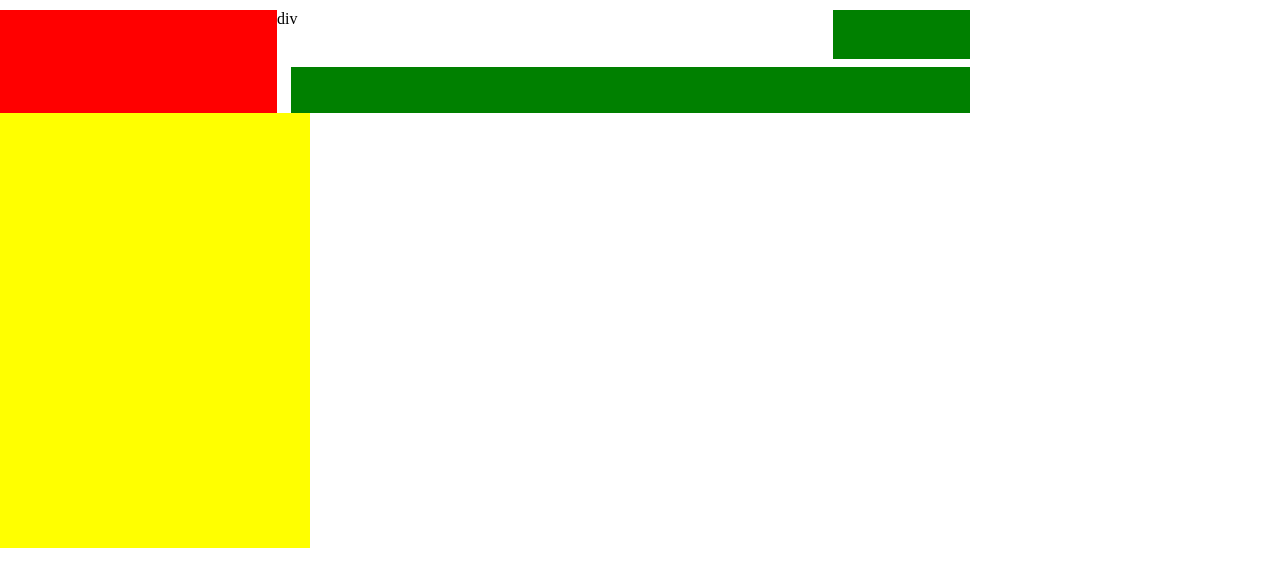
Repository: KaibutsuSama/CodePracticeExample
Page: Html5+Css3/Css3/04.浮动/03.homework.html
An editor plug-in stored every save of this project. The page is shown before and after the next save, followed by the edit.
The browser window is 1280 px wide. The pictures show the whole page.

Above is the page before, as saved 2023-01-29 23:27:58.

After the next save:
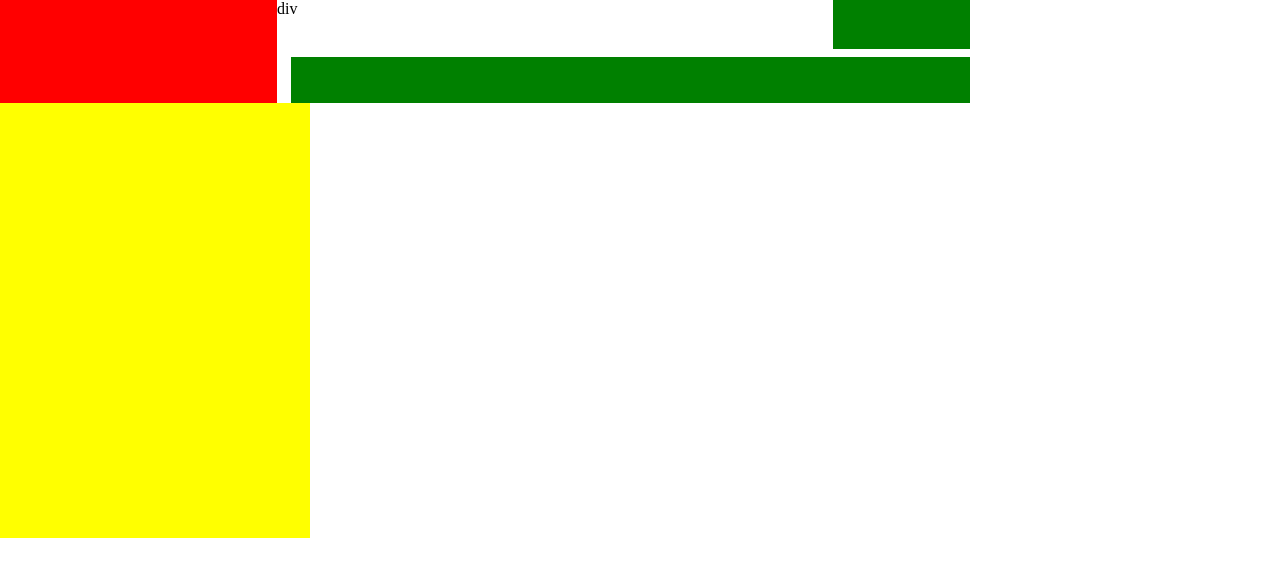
Saved 25 s later.
--- a/Html5+Css3/Css3/04.浮动/03.homework.html
+++ b/Html5+Css3/Css3/04.浮动/03.homework.html
@@ -10,10 +10,6 @@
             padding: 0;
             margin: 0;
             width: 970px;
-        }
-
-        .header{
-            margin-bottom: 10px;
         }
 
         .header .logo{

After the 3 saves that followed:
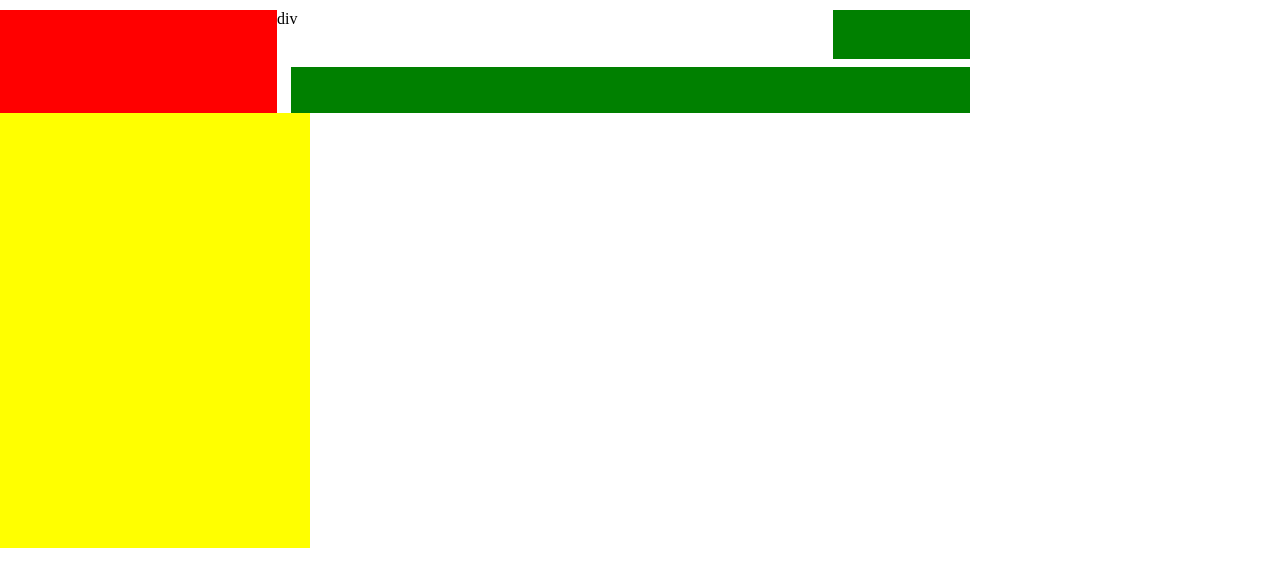
The 3 saves are shown as one change because 1 left the picture as it was and some came seconds apart.
The last was saved 11 s later.
--- a/Html5+Css3/Css3/04.浮动/03.homework.html
+++ b/Html5+Css3/Css3/04.浮动/03.homework.html
@@ -35,6 +35,7 @@
         }
 
         .main{
+            margin: 10px 0;
             margin-bottom: 10px;
         }
 
